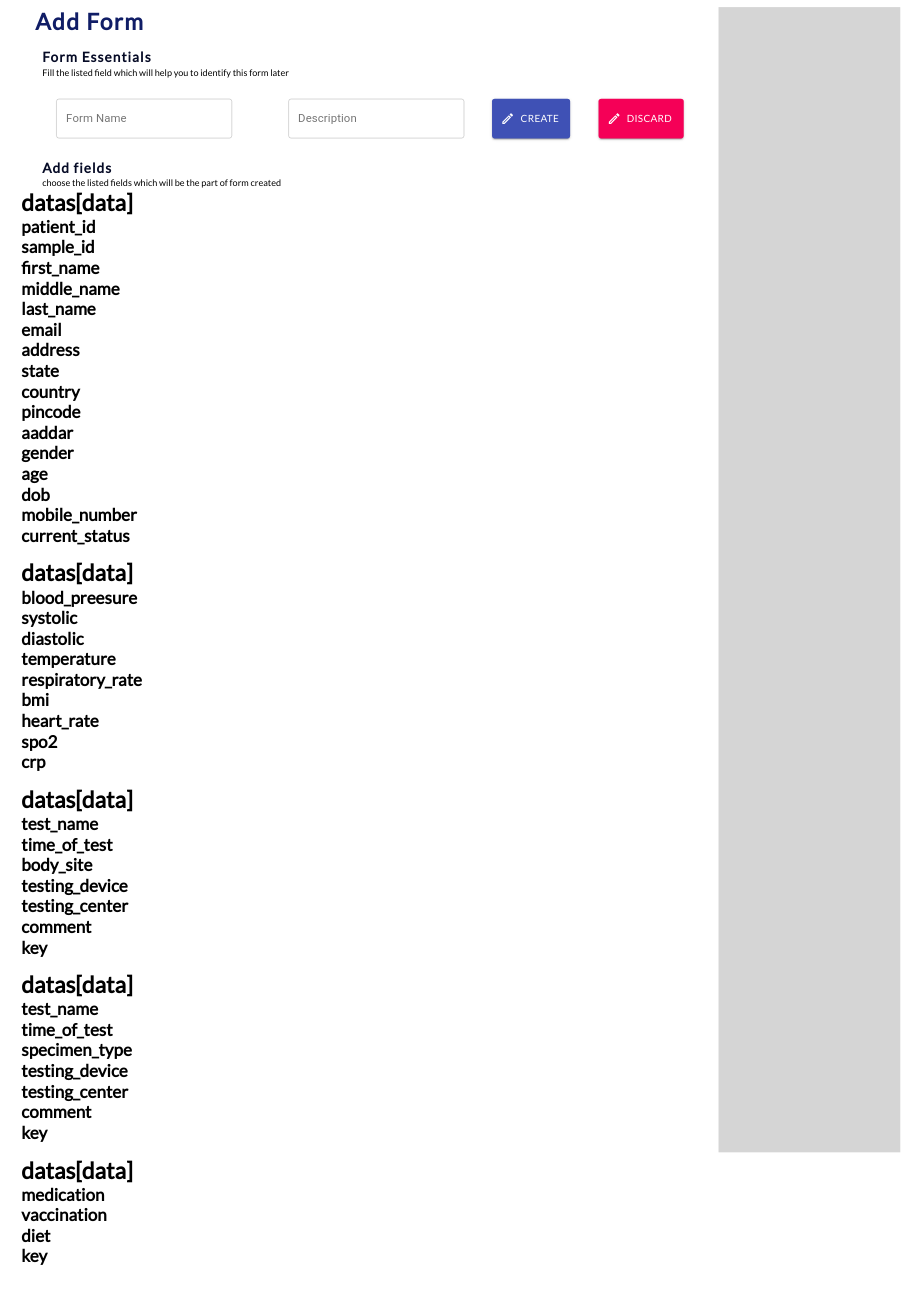
Repository: Architjain128/df
Page: /add
An editor plug-in stored every save of this project. The page is shown before and after a run of saves, followed by the edit.
The browser window is 1280 px wide. The pictures show the whole page, at 71% of full size.
The project was rebuilt for these pictures with package versions that can differ from the ones it lists, and the page was loaded fresh each time. Also part of the build but not shown: src/App.css, src/dftable.js, src/dataForm.js.

Above is the page before, as saved 2021-06-25 17:29:44.

### src/addDataForm.js
import React , {Component} from 'react';
import './dataForm.css';
import { Button,TextField } from '@material-ui/core';
import CreateOutlinedIcon from '@material-ui/icons/CreateOutlined';
import TreeData from './grace.json'






class AddDataForm extends Component{
    constructor(props){
        super(props);
        this.state={
            form_name:'',
            description:'',
            tree:"<h2>txfgvhbj</h2>",
        }
        this.listit=this.listit.bind(this)
        this.fetch_child=this.fetch_child.bind(this)
    }
    listit=(data,level)=>{
        var ro=[]
        for (var c in data) {
            ro.push(<h2>{data[c]['name']}</h2>);
            console.log(data[c]['name'])
        }
        return ro
    }

    fetch_child=(datas)=>{
        var finalrow=[]
        for(let data in datas){
            console.log(datas[data]["parameters"])
            finalrow.push(<h1>datas[data]</h1>)
            finalrow.push(this.listit(datas[data]["parameters"],0))
            finalrow.push(<br/>)
        }
        this.setState({tree:finalrow})
    }
    componentDidMount(){
        this.fetch_child(TreeData)
    }
    render(){
        return (
            <>
                <div className="dataform">
                    <div className='df-create-section'>
                        <div className='df-form-gen'>
                            <div className="df-title">Add Form</div>
                            <div className="df-subtitle">Form Essentials</div>
                            <div className="df-description" >Fill the listed field which will help you to identify this form later</div>
                            <div className="df-form-ess">
                                <TextField id="outlined-basic" label="Form Name" variant="outlined" /><br/>
                                <TextField id="outlined-basic-large" label="Description" variant="outlined"/>
                                <div className="df-create2"><Button variant="contained" color="primary" startIcon={<CreateOutlinedIcon />}> Create </Button></div>
                                <div className="df-create2"><Button variant="contained" href='/' color="secondary" startIcon={<CreateOutlinedIcon />}> Discard </Button></div>
                            </div>
                            <div className="df-subtitle">Add fields</div>
                            <div className="df-description" >choose the listed fields which will be the part of form created</div>
                            <div className="df-create-section">
                                <div className="df-dnd">
                                    {this.state.tree}
                                </div>
                            </div>
                        </div>
                        <div className="df-form-pre-con">
                            <div className='df-form-pre'>

                            </div>
                        </div>
                    </div>
                    <div className="df-end" ></div>
                    <div className="df-footer" ></div>

                </div>
            </>
            );
        }
}

export default AddDataForm;

### src/dataForm.css
@import url('https://fonts.googleapis.com/css2?family=Lato&display=swap');

* {
  box-sizing: border-box;
  margin: 0;
  padding: 0;
  font-family: 'Lato', sans-serif;
}

.dataform {
  padding-left: clamp(10px,30px,5%);
  padding-top: clamp(5px,10px,3%);
  display:block;
  /* height: 90vh; */
  /* align-items: center; */
  justify-content: left;
}
.df-title{
  letter-spacing: 2px;
  font-size: clamp(1.8rem, 2.5vw, 2.8rem);
  color:#101d66;
  font-weight: bolder;
  padding-left:2%;
  padding-right:10%;
  margin-bottom: 2%;
}
.df-subtitle{
    letter-spacing: 1.5px;
    font-size: clamp(1.2rem, 1.5vw, 2rem);
    color:#060b26;
    font-weight: bold;
    padding-left:3%;
    padding-right:10%;
    margin-bottom: 0.2%;
}
.df-description{
    font-size: clamp(0.8rem, 1vw, 1.2rem);
    color:#000000;
    padding-left:3%;
    padding-right:10%;
}
.df-table{
    padding-top:3%;
    padding-bottom:3%;
    padding-left:3%;
    padding-right:10%;
    height: 460px;
}
.df-create-section{
  display: flex;
}
.df-create-section .df-subdes{
  flex-grow: 10;
}
.df-create-section .df-create{
  flex-grow: 0;
}
.df-create-section .df-form-gen{
  flex-grow: 1;
}
.df-create-section .df-form-pre-con{
  flex-grow: 1;
  margin-right: 1%;
}
.df-form-pre{
  background-color: rgb(213, 213, 213);
  height: 90%;
  width: 100%;
}
.df-create{
  /* margin-left: 10%; */
  /* padding: auto; */
  align-items: right;
  justify-content: flex-start;
  display: flex;
  padding-left:3%;
  padding-right:10%;
}
.df-create2{
  /* margin-left: 10%; */
  /* padding: auto; */
  align-items: right;
  justify-content: flex-start;
  display: flex;
  gap: 5px;
}
.df-end{
  padding-top: 3%;
  padding-left: 3%;
}
.df-footer{
  position:absolute;
  padding-left: 3%;
  bottom: 0;
}
.df-form-ess{
  padding: 3%;
  display: flex;
  justify-content: space-around;
}
.df-form-ess TextField{
  flex-grow: 5;
}
.df-form-ess Button{
  flex-grow: 1;
}
#outlined-basic{
  font-size: medium;
  width: 100%;
}
#outlined-basic-large{
  font-size: medium;
  width: 100%;
}
.flex-container {
  /* padding: 0; */
  /* margin: 0; */
  /* list-style: none; */
  /* display: flex; */
  /* justify-content: flex-start; */
}
.flex-item {
  /* padding: 5px; */
  /* width: 60px; */
  /* height: 50px; */
  /* margin: 5px; */
  /* line-height: 50px; */
  /* color: white; */
  /* font-weight: bold; */
  /* font-size: 2em; */
  /* text-align: center; */
}

Loaded but not shown: public/index.html (common file); src/index.js (common file); src/index.css (common file); src/App.js (common file); src/reportWebVitals.js (common file); src/grace.json (566 lines, source omitted)

After the next 4 saves:
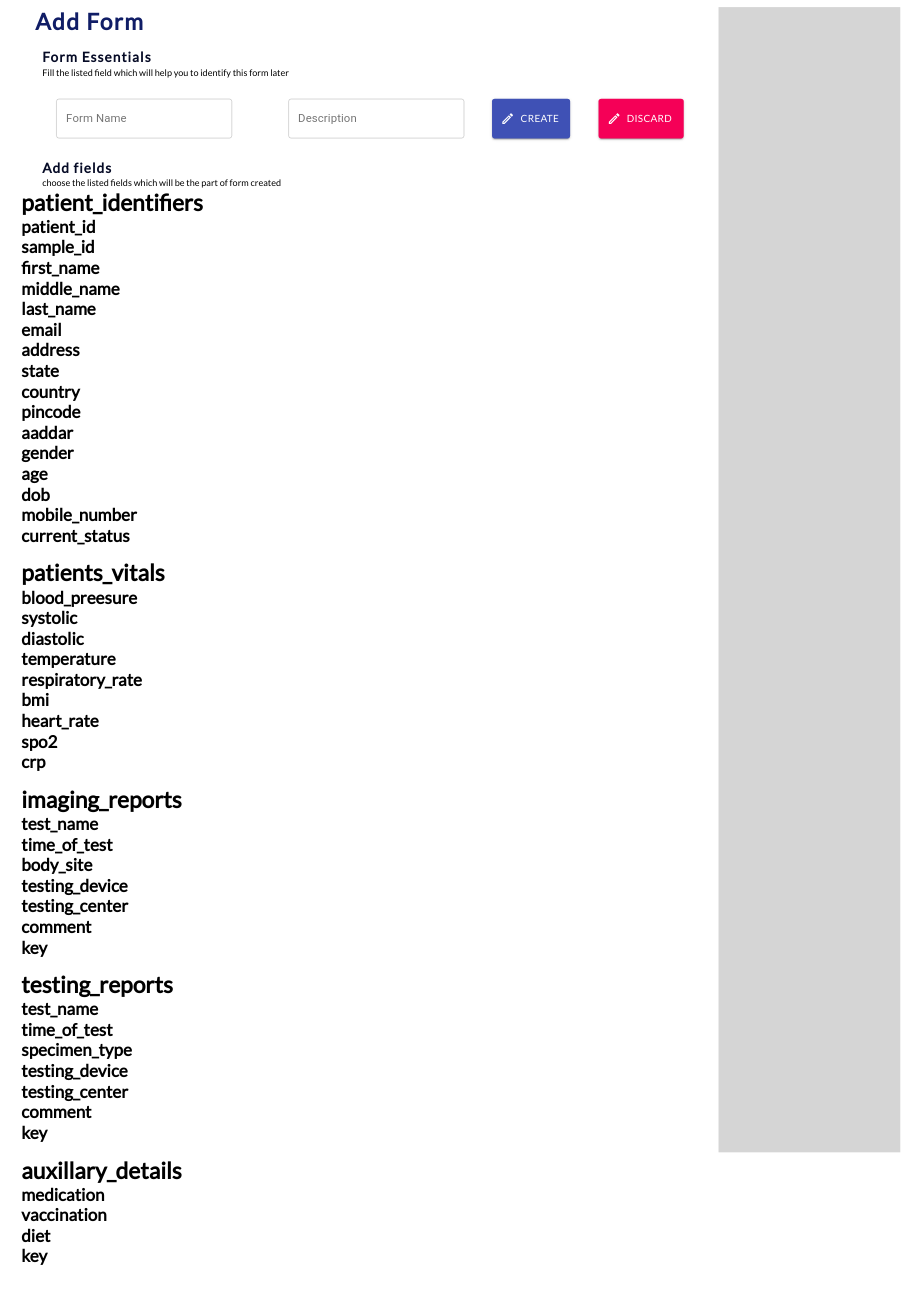
The 4 saves are shown as one change because 1 did not build or start and some came seconds apart.
The last was saved 51 s later.
--- a/src/addDataForm.js
+++ b/src/addDataForm.js
@@ -33,7 +33,7 @@ class AddDataForm extends Component{
         var finalrow=[]
         for(let data in datas){
             console.log(datas[data]["parameters"])
-            finalrow.push(<h1>datas[data]</h1>)
+            finalrow.push(<h1>{data}</h1>)
             finalrow.push(this.listit(datas[data]["parameters"],0))
             finalrow.push(<br/>)
         }
